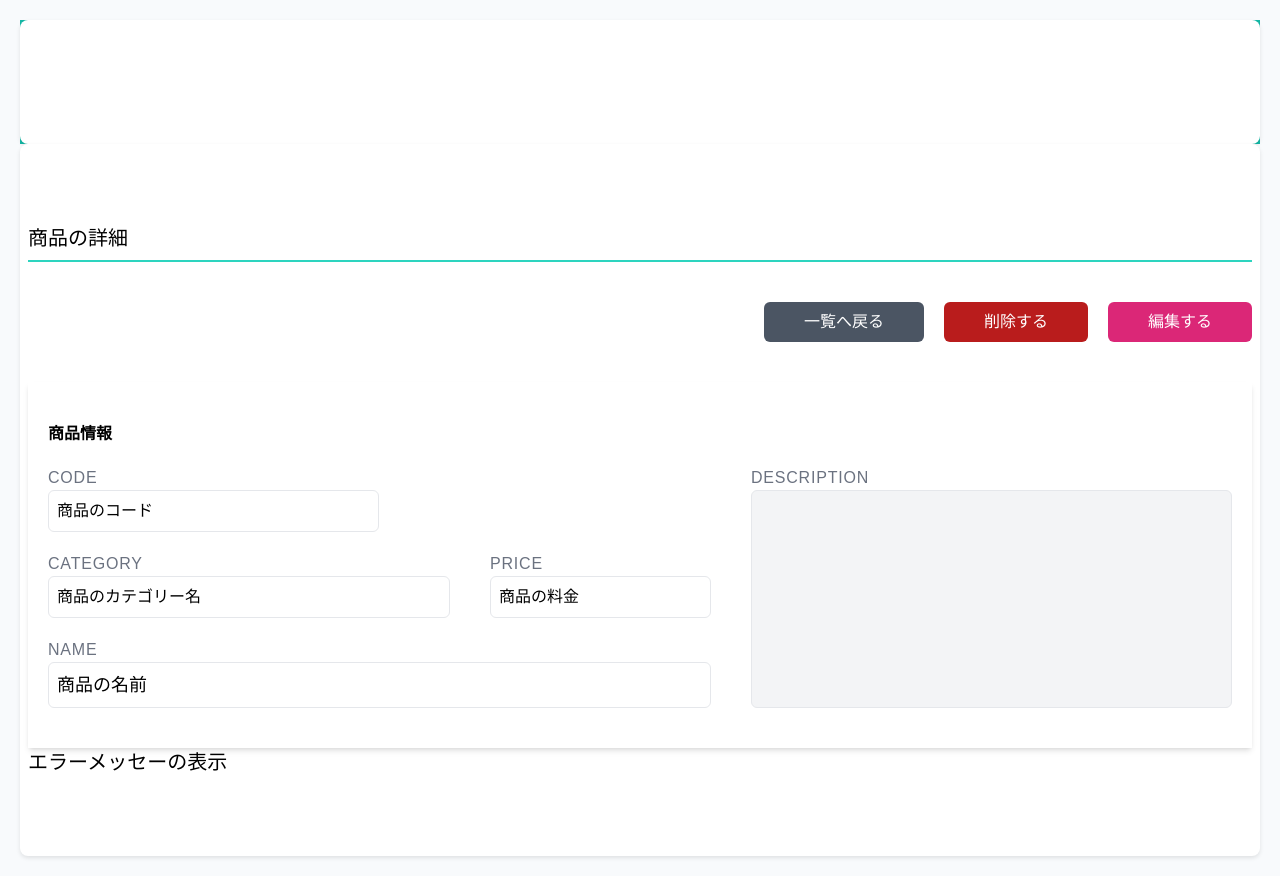
Repository: ShunKUN1182/STD_PHP
Page: http://localhost/kadai07_1.php?product_code=1901
These files come from the project's save history. The page is drawn as it stood at one moment and after a run of saves; the edit follows.
The browser window is 1280 px wide. The pictures show the whole page.
Some web libraries are served in a nearby version. The page is run by PHP 8.4 with error messages shown; the project is at /var/www/html/. The database holds what the project's SQL file puts in it.

Above is the page before, as saved 2026-07-10 13:52:56.

### kadai07_1.php
<?php
require_once __DIR__ . "/config.php";
$productCode = filter_input(INPUT_GET,"product_code");
if (!$productCode) {
  header("Location: kadai06_1.php");
}
$db = new PDO(DB_DSN,DB_USER,DB_PASS);
$products_table = TB_PRODUCTS;
$sql = "SELECT * FROM $products_table WHERE code = $productCode";
$stmt = $db-> prepare($sql);
$stmt->execute();
$productResult = [];
while($row = $stmt->fetch(PDO::FETCH_ASSOC)) {
  $productResult[] = $row;
}
?>
<!DOCTYPE html>
<html lang="ja">
<head>
  <meta charset="UTF-8">
  <meta name="viewport" content="width=device-width, initial-scale=1.0">

  <!-- link -->
  <link href="asset/styles/style.css" rel="stylesheet">

  <!-- script -->
  <script src="https://cdn.tailwindcss.com"></script>
  <title>php1 - kadai07_1</title>
</head>
<body class="bg-slate-50">
<div class="wrapper box-border">

<header class="bg-teal-500">
  <div class="container mx-auto px-2 py-5">
    <h1 class="text-l text-white mb-6"><a href="#">サーバーサイドスクリプト演習１</a></h1>
    <h2 class="text-3xl text-white">データベース処理</h2>
  </div><!--/.container-->
</header>

<main>
  <div class="container w-full h-full mx-auto px-2 py-20">

    <h3 class="text-xl border-b-2 border-teal-400 pb-2 mb-10">商品の詳細</h3>

    <div class="flex flex-col sm:flex-row justify-end mb-10">
      <a href="kadai06_1.php" class="text-white text-center leading-10 bg-gray-600 px-10 hover:bg-gray-500 rounded-md">一覧へ戻る</a>
      <a href="#" class="text-white text-center leading-10 bg-red-700 px-10 px-10 mx-5 hover:bg-red-600 rounded-md">削除する</a>
      <!--kadai10_1-->
      <!--
        <form action="" method="" class="w-full sm:w-fit">
        <input type="hidden" name="_method" value="DELETE">
        <input type="hidden" name="product_no" value="">
        <button type="submit" class="w-full sm:w-fit text-white text-center leading-10 bg-red-700 px-10 px-10 mx-0 sm:mx-5 my-2 sm:my-0 hover:bg-red-600 rounded-md">削除する</button>
      </form>
      -->
      <!--/kadai09_1-->
      <a href="#" class="text-white text-center leading-10 bg-pink-600 px-10 hover:bg-pink-500 rounded-md">編集する</a>
    </div>


    <div class="product-wrap px-5 py-10 shadow-md">
      <h4 class="font-bold mb-5">商品情報</h4>
      <div class="flex flex-col md:flex-row">
        <div class="flex-grow mr-0 md:mr-10 mb-5 md:mb-0">
          <div class="mb-5">
            <div class="w-6/12">
              <p class="text-gray-500 text-left uppercase tracking-wider">code</p>
              <p class="px-2 py-2 border rounded-md">商品のコード</p>
            </div>
          </div>

          <div class="flex justify-between mb-5">
            <div class="flex-grow mr-10">
              <p class="text-gray-500 text-left uppercase tracking-wider">category</p>
              <p class="bg-white px-2 py-2 border  rounded-md">商品のカテゴリー名</p>
            </div>
            <div class="w-4/12">
              <p class="text-gray-500 text-left uppercase tracking-wider">price</p>
              <p class="bg-white px-2 py-2 border  rounded-md">商品の料金</p>
            </div>
          </div>

          <div>
            <p class="text-gray-500 text-left uppercase tracking-wider">name</p>
            <p class="bg-white text-lg px-2 py-2 border  rounded-md">商品の名前</p>
          </div>
        </div>

        <div class="flex flex-col items-stretch flex-grow">
          <p class="text-gray-500 text-left uppercase tracking-wider">description</p>
          <p class="flex-grow h-32 md:h-max text-lg px-2 bg-gray-100 py-2 border rounded-md"></p>
        </div>
      </div>

    </div><!--/.product-wrap-->

      <!-- エラーメッセージ -->
      <p class="text-xl">エラーメッセーの表示</p>


  </div><!--/.container-->
</main>

</div><!--/.wrapper-->
</body>
</html>

### config.php
<?php
// 定数などのサイトの設定を定義する

const SITE_NAME = "サーバーサイド1";

define("DOC_ROOT" , __DIR__);

const WEB_ROOT = "https://10.202.10.3/ecc/sfukusima/php1/";

//DB関連
const DB_DRIVER = "mysql";
const DB_HOST = "localhost";
const DB_NAME = "sfukusima";
const DB_USER = "sfukusima";
const DB_PASS = "eccMyAdmin";
const DB_CHAR = "utf8mb4";
const DB_DSN = DB_DRIVER.":host=".DB_HOST.";dbname=".DB_NAME.";charset=".DB_CHAR;

//テーブル関係
const TB_ZIP = "php1_zip";
const TB_PRODUCTS = "php1_products";
const TB_CATEGORIES = "php1_categories";
?>

### css/style.css
* {
    box-sizing: border-box;
}

body {
    background: #f4f4f4;
    font-family: sans-serif;
    padding: 20px;
}

.container {
    background: #fff;
    border-radius: 8px;
    box-shadow: 0 2px 4px rgba(0, 0, 0, 0.1);
    margin: 0 auto;
    max-width: 800px;
    padding: 20px;
}

.product-grid {
    display: flex;
    gap: 20px;
    margin-bottom: 30px;
}

.product {
    border-radius: 4px;
    border: 1px solid #ddd;
    flex: 1;
    padding: 15px;
    text-align: center;
}

.product h3 {
    margin: 0 0 10px;
}

button {
    background: #28a745;
    border-radius: 4px;
    border: none;
    color: white;
    cursor: pointer;
    padding: 8px 16px;
}

.cart-table {
    border-collapse: collapse;
    margin-bottom: 20px;
    width: 100%;
}

colgroup col:nth-of-type(1) {
    width: 300px;
}

.cart-table th,
.cart-table td {
    border: 1px solid #eee;
    padding: 10px;
    text-align: left;
}

.cart-table th {
    background: #fafafa;
}

tfoot th {
    text-align: right;
}

.btn-clear {
    background: #dc3545;
}

### database/Products.sql (the tables this page reads)
CREATE TABLE  php1_products(
    `code`        VARCHAR(4)    PRIMARY KEY,    
    `name`        VARCHAR(64)   NOT NULL,       
    `price`       INT UNSIGNED,                 
    `category_id` INT UNSIGNED  NOT NULL        
);

INSERT INTO php1_products( `code`, `name`, `price`, `category_id` ) VALUES 
    ( "1901", "マルゲリータ", 980, 1 ),
    ( "1902", "アメリカン", 720, 1 ),
    ( "1903", "ジェノベーゼ", 1340, 1 ),
    ( "2901", "コーラ", 200, 2 ),
    ( "2902", "スプライト", 200, 2 ),
    ( "2903", "スーパードライ", 300, 2 ),
    ( "3901", "バニラシェイク", 590, 3 ),
    ( "3902", "ストロベリーシェイク", 590, 3 ),
    ( "3903", "プチパンケーキ", 460, 3 );

After the next 5 saves:
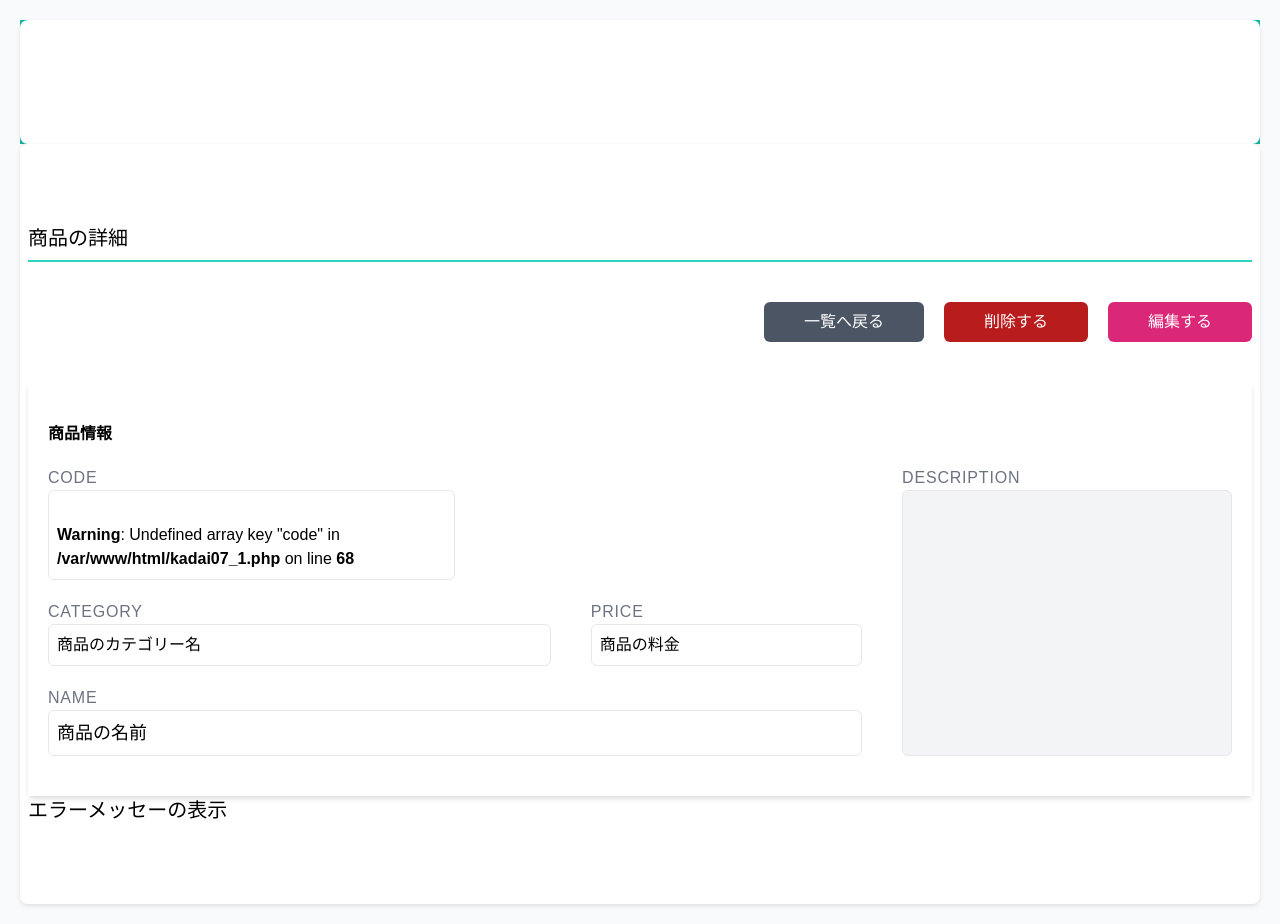
The 5 saves are shown as one change because they came seconds apart.
The last was saved 32 s later.
--- a/kadai07_1.php
+++ b/kadai07_1.php
@@ -65,7 +65,7 @@ while($row = $stmt->fetch(PDO::FETCH_ASSOC)) {
           <div class="mb-5">
             <div class="w-6/12">
               <p class="text-gray-500 text-left uppercase tracking-wider">code</p>
-              <p class="px-2 py-2 border rounded-md">商品のコード</p>
+              <p class="px-2 py-2 border rounded-md"><?= $productResult["code"] ?></p>
             </div>
           </div>
 
